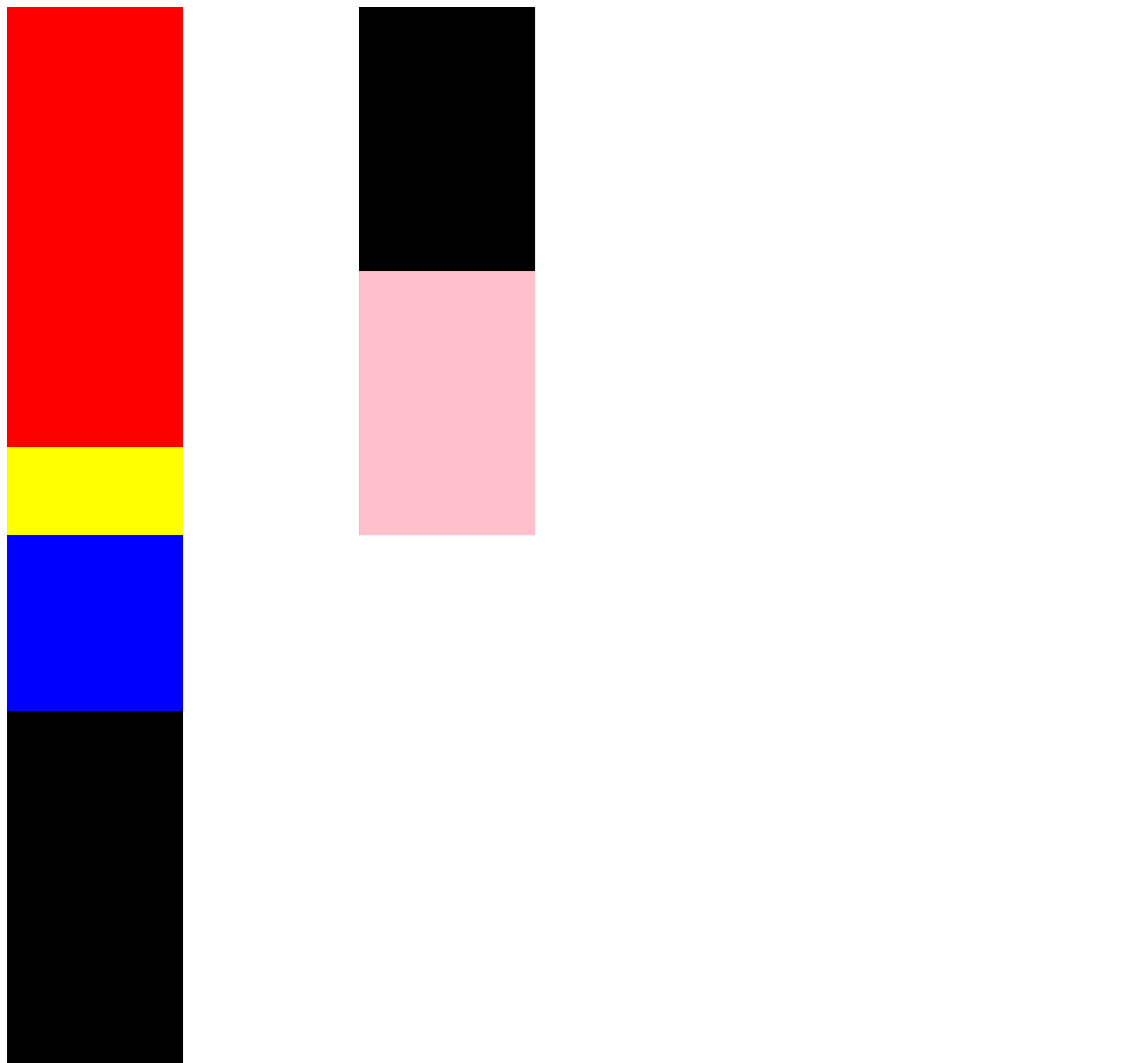
Repository: Seokho96/CSSPractice
Page: css/work01/WebContent/index01.html
These files come from the project's save history. The page is drawn as it stood at one moment and after the next save; the edit follows.
The browser window is 1280 px wide. The pictures show the whole page, at 88% of full size.

Above is the page before, as saved 2020-07-13 07:01:09.

After the next save:
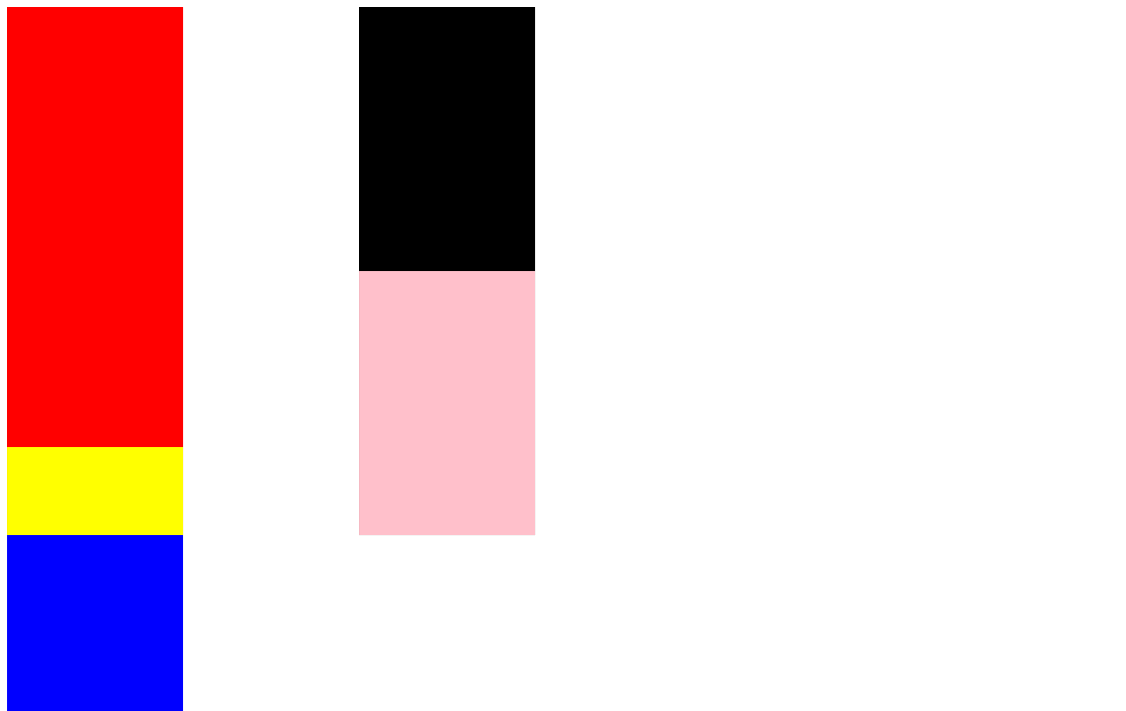
Saved 54 s later.
--- a/css/work01/WebContent/index01.html
+++ b/css/work01/WebContent/index01.html
@@ -28,13 +28,7 @@
    background-color: pink;
    float: right;
 }
-#middle{
-   width: 200px;
-   height: 600px;
-   background-color: black;
-  margin-right: 200px;
 
-}
 #middletop{
   width: 200px;
   height: 200px;
@@ -77,10 +71,10 @@
 </div>
 <div id="leftdown">
 </div>
-<div id="middle">
+
 <div id="middletop"></div>
 <div id="middledown"></div>
-</div>
+
 
 </div>
 
